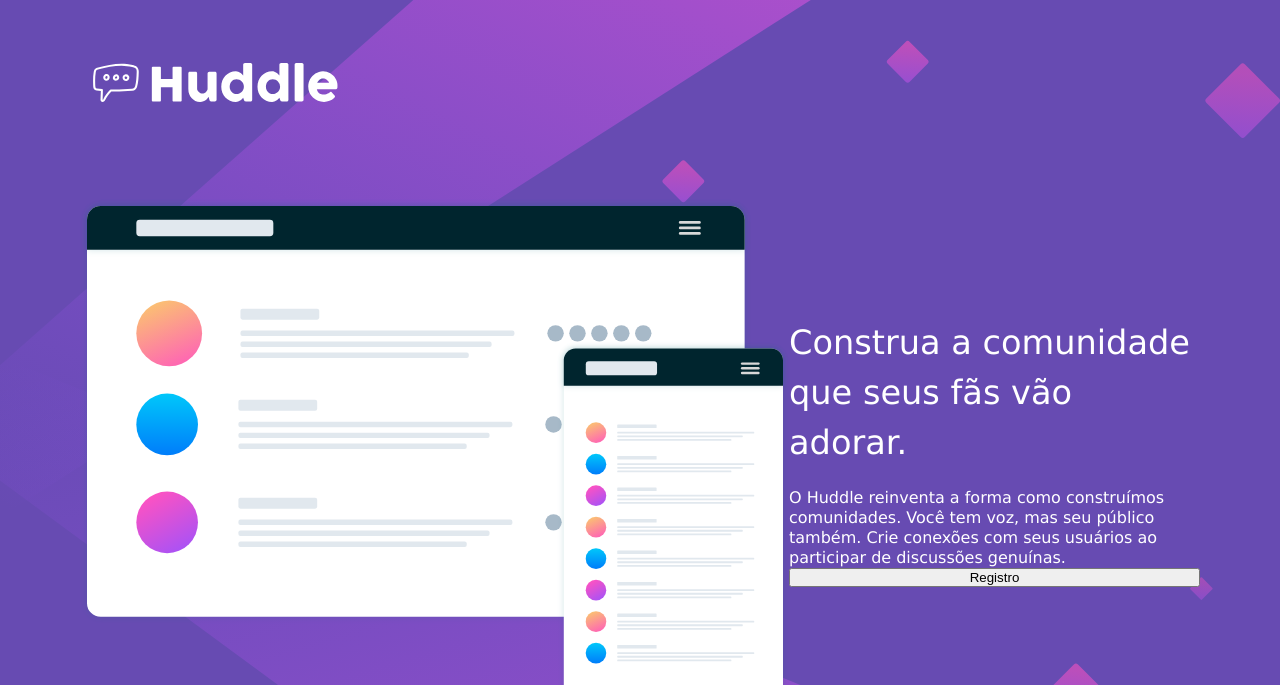
Repository: caique2512/Huddle
Page: index.html
The author's editor kept a copy of each file at every save. The page is drawn from the files as they stood at one save, then again after a run of saves.
The browser window is 1280 px wide. The pictures show the part of the page from y = 0 to 685 px (the page is 1363 px tall).
A picture or video elsewhere on the page could not be fetched, so the positions and the page height are approximate.

Above is the page before, as saved 2026-02-27 18:02:51.

After the next 2 saves:
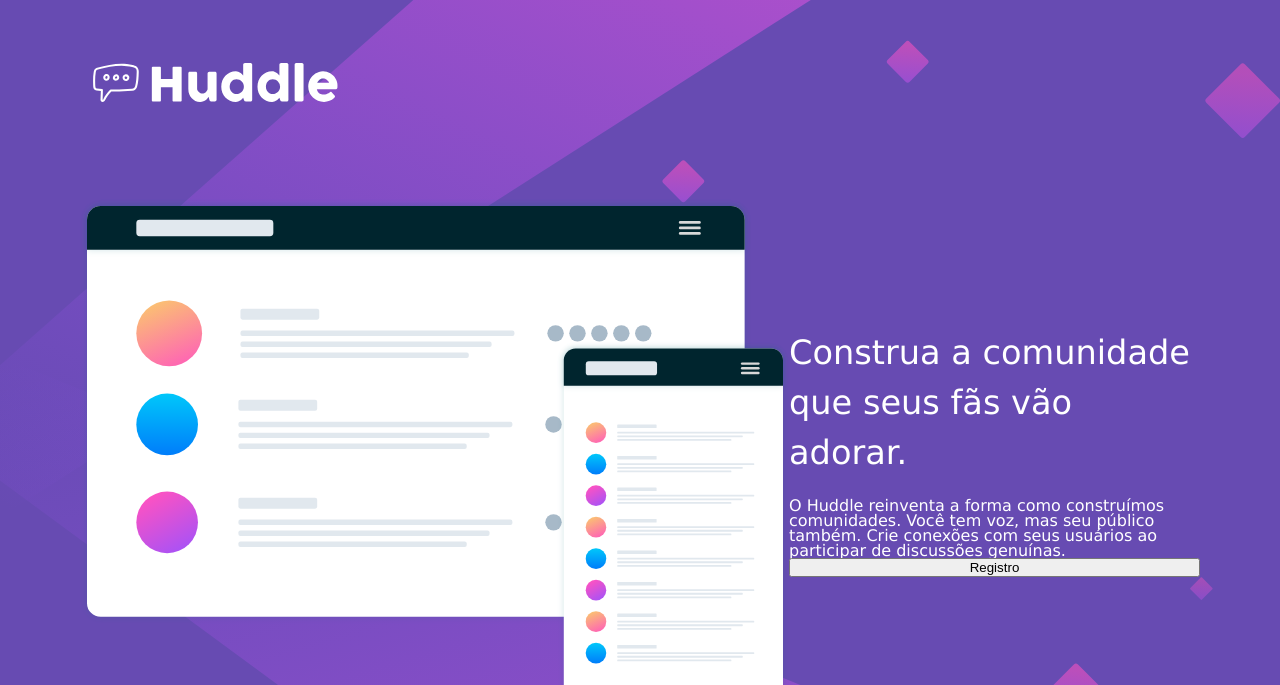
The 2 saves are shown as one change because they came seconds apart.
The last was saved 8 s later.
--- a/src/estilos.css
+++ b/src/estilos.css
@@ -33,5 +33,5 @@
 .conteudo .conteudo-principal .subtitulo {
     color: white;
     font-family: Verdana, Geneva, Tahoma, sans-serif;
-    line-height: 20px;
+    line-height: 15px;
 }

After the save that followed:
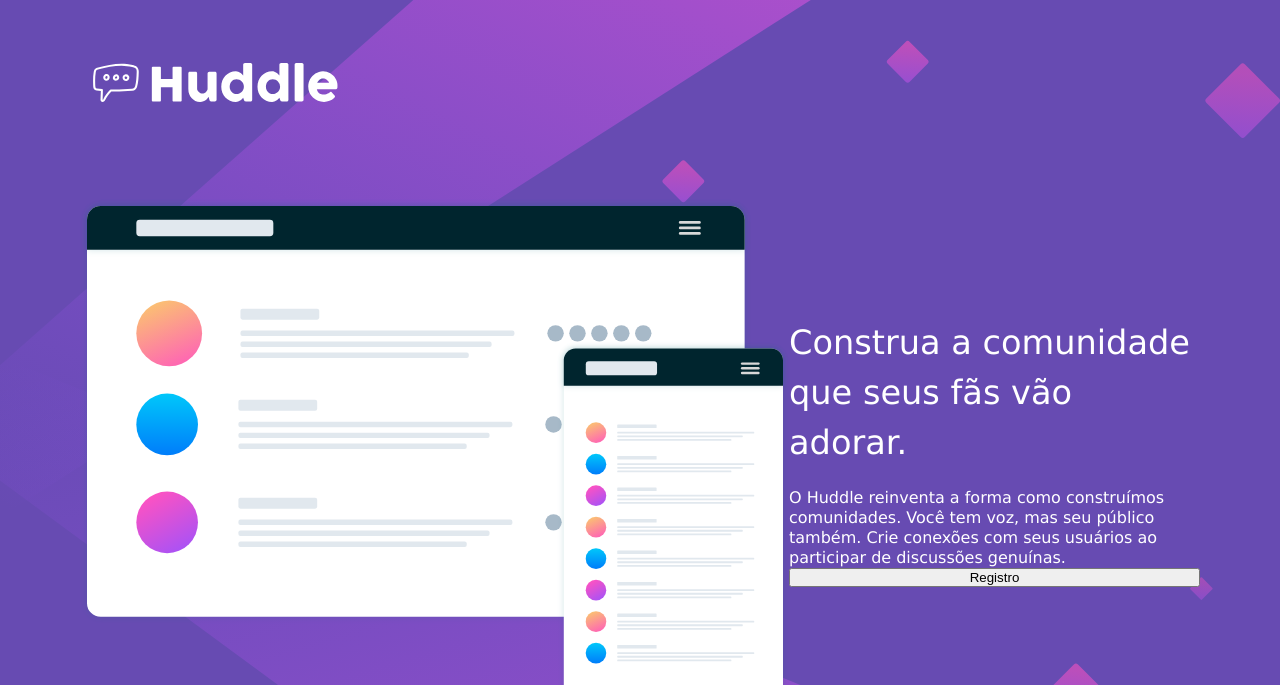
Saved 14 s later.
--- a/src/estilos.css
+++ b/src/estilos.css
@@ -33,5 +33,5 @@
 .conteudo .conteudo-principal .subtitulo {
     color: white;
     font-family: Verdana, Geneva, Tahoma, sans-serif;
-    line-height: 15px;
+    line-height: 20px;
 }
